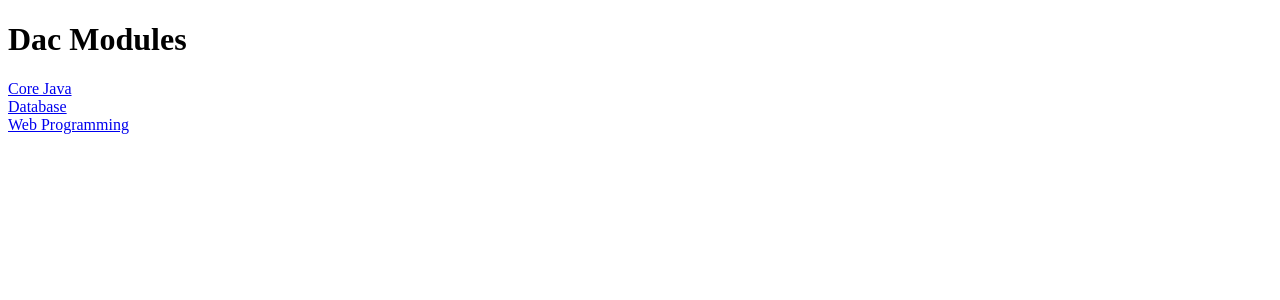
Repository: abhinavkumarlko/eclipse-workspace-AdvJava
Page: MyWebProj/src/main/webapp/Home.html
An editor plug-in stored every save of this project. The page is shown before and after the next save, followed by the edit.
The browser window is 1280 px wide. The pictures show the whole page.

Above is the page before, as saved 2023-07-05 04:39:44.

After the next save:
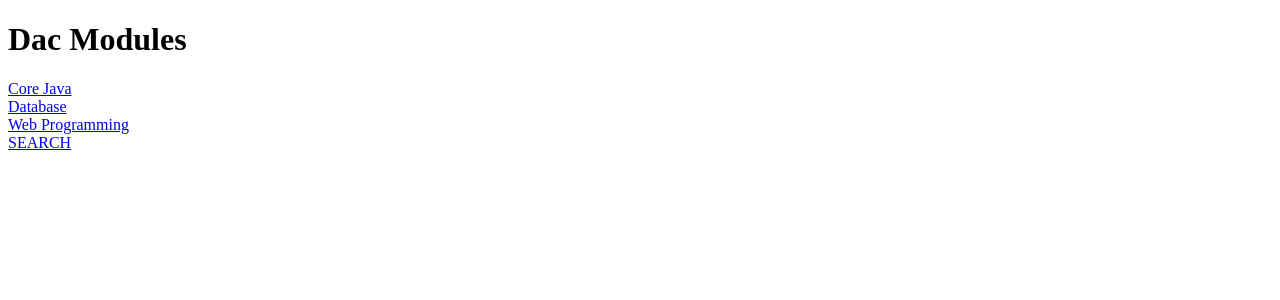
Saved 13 min 26 s later.
--- a/MyWebProj/src/main/webapp/Home.html
+++ b/MyWebProj/src/main/webapp/Home.html
@@ -11,5 +11,7 @@
 	<a href="http://localhost:8080/MyWebProj/dbt">Database</a>
 	<br/>
 	<a href="http://localhost:8080/MyWebProj/wp">Web Programming</a>
+	<br>
+	<a href="http://localhost:8080/MyWebProj/search"> SEARCH </a>
 </body>
 </html>
